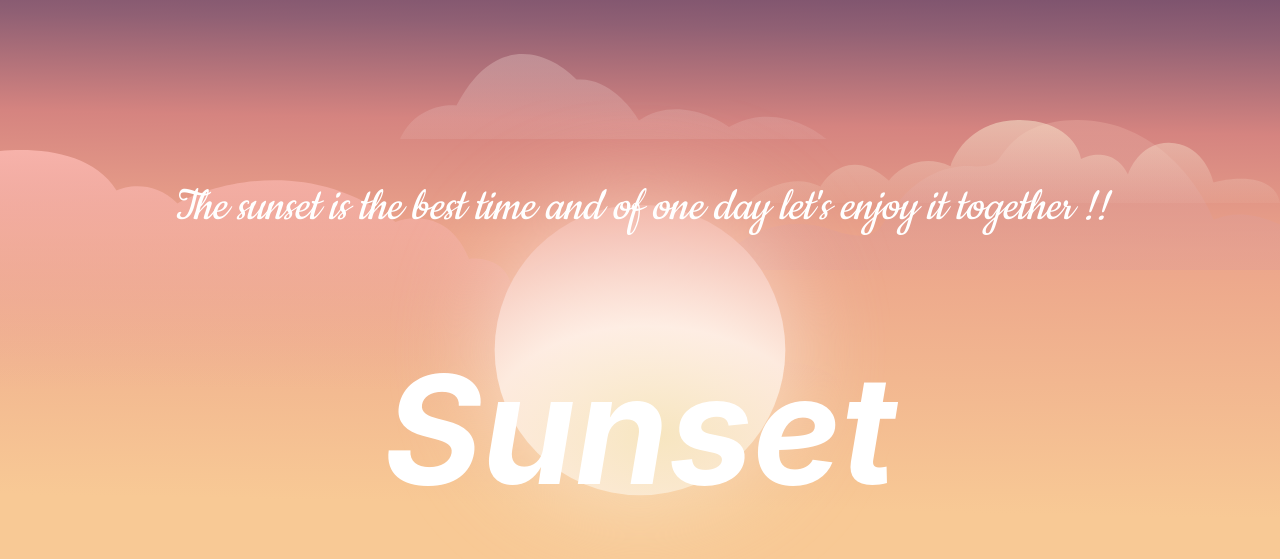
Repository: nambui98/parallax
Page: /
An editor plug-in stored every save of this project. The page is shown before and after the next save, followed by the edit.
The browser window is 1280 px wide. The pictures show the whole page.
The project was rebuilt for these pictures with package versions that can differ from the ones it lists, and the page was loaded fresh each time. Also part of the build but not shown: vite.config.ts.

Above is the page before, as saved 2022-03-24 11:38:26.

### src/App.tsx
import { useState } from 'react'
import bg_1 from './assets/images/bg_1.svg'
import bg_2 from './assets/images/bg_2.svg'
import bg_3 from './assets/images/bg_3.svg'
import bg_4 from './assets/images/bg_4.svg'
import bg_5 from './assets/images/bg_5.svg'
import './App.scss'

function App() {

  return (
    <div className="App">
      <div className="main">
        <div className="banner">
          <img className='bg_1' src={bg_1} alt="" />
          <img className='bg_2' src={bg_2} alt="" />
          <img className='bg_3' src={bg_3} alt="" />
          <img className='bg_4' src={bg_4} alt="" />
          <img className='bg_5' src={bg_5} alt="" />
          <h3>The sunset is the best time and of one day let's enjoy it together !!</h3>
          <h1>Sunset</h1>
        </div>
      </div>
    </div>
  )
}

export default App

### src/App.scss
@import url('https://fonts.googleapis.com/css2?family=Cookie&display=swap');
*,
*::after,
*::before{
  padding: 0;
  margin: 0;
  box-sizing: inherit;
}
html{
  font-size: 62.5%;
  box-sizing: border-box;
}
.banner{
  background: linear-gradient(181.12deg, #6D4869 -4.47%, #906074 5.09%, #D58480 18.15%, #ECA58B 34.03%, #F8C995 69.69%);
  height: 100vh;
  position: relative;

  h3{
    position: absolute;
    top: 18rem;
    width: 100%;
    font-size: 5rem;
    font-weight: 400;
    font-style: italic;
    color: #fff;
    font-family: 'Cookie', cursive;
    text-align: center;
    // left: 50%;
    // transform: translateX(-50%);
  }
  h1{
    position: absolute;
    bottom: 20rem;
    width: 100%;
    font-size: 15rem;
    font-style: italic;
    color: #fff;
    text-align: center;
  }
  img{
    position: absolute;
    &.bg_1{
      top: 5.4rem;
      left: 40rem;
    }
    &.bg_2{
      left: 0;
      top: 15rem;
    }
    &.bg_3{
      right: 0;
      top: 12rem;
    }
    &.bg_4{
      left: 50%;
      top: 10rem;
      transform: translateX(-50%);
      // top: 28.6rem;
      width: 50rem;
    }
    &.bg_5{
      right: 0;
      top: 12rem;
    }
  }
}

Loaded but not shown: index.html (common file); src/main.tsx (common file); src/index.css (common file)

After the next save:
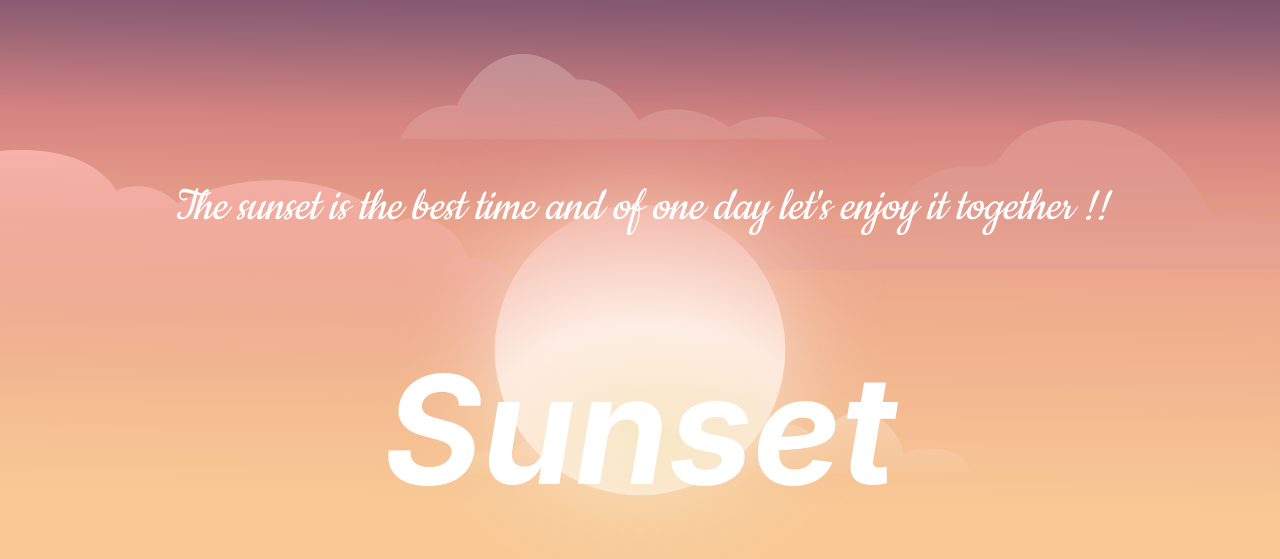
Saved 32 s later.
--- a/src/App.scss
+++ b/src/App.scss
@@ -59,8 +59,8 @@ html{
       width: 50rem;
     }
     &.bg_5{
-      right: 0;
-      top: 12rem;
+      right: 31rem;
+      top: 39rem;
     }
   }
 }
